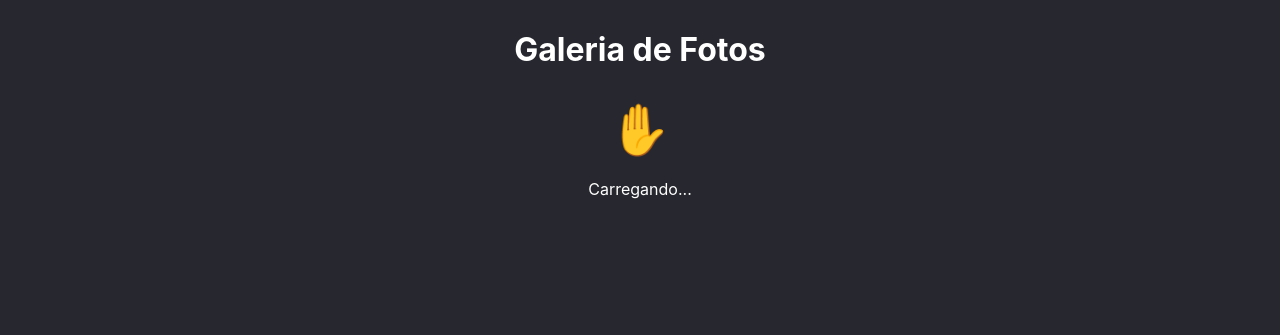
Repository: coderlucianasena/photo-gallery
Page: /
The author's editor kept a copy of each file at every save. The page is drawn from the files as they stood at one save, then again after the next save.
The browser window is 1280 px wide. The pictures show the whole page.
The page's requests for data from a server got no answer. The project was rebuilt for these pictures with package versions that can differ from the ones it lists, and the page was loaded fresh each time. No one was signed in, and anything a server would have sent is missing.

Above is the page before, as saved 2023-02-26 15:18:25.

### src/App.tsx
import { useState, useEffect } from 'react';
import * as C from './App.styles';
import * as Photos from './services/photos';
import { Photo } from './types/Photo';

const App = () => {
  const [loading, setLoading] = useState(false);
  const [photos, setPhotos] = useState<Photo[]>([]);

  useEffect(()=>{
    const getPhotos = async () => {
      setLoading(true);
      setPhotos(await Photos.getAll());
      setLoading(false);
    }
    getPhotos();
  }, []);

  return (
    <C.Container>
      <C.Area>
        <C.Header>Galeria de Fotos</C.Header>

        {/* Área de Upload */}

        {loading &&
          <C.ScreenWarning>
            <div className="emoji">✋</div>
            <div>Carregando...</div>
          </C.ScreenWarning>
        }
      {!loading && photos.length > 0 &&
        <C.PhotoList>
          {photos.map((item, index)=>(
            <div>{item.name}</div>
          ))}
        </C.PhotoList>
      }
      </C.Area>
    </C.Container>
  );
}

export default App;

### src/App.styles.ts
import styled from "styled-components";

export const Container = styled.div`
    background-color: #27282F;
    color: #FFF;
    min-height: 100vh;
    `;

export const Area = styled.div`
    margin: auto;
    max-width: 980px;
    padding: 30px 0;
`;

export const Header = styled.h1`
    margin: 0;
    padding: 0;
    text-align: center;
    margin-bottom: 30px;
`;

export const ScreenWarning = styled.div`
    text-align: center;

    .emoji {
        font-size: 50px;
        margin-bottom: 20px;
    }
`;

export const PhotoList = styled.div`
    display: grid;
    grid-template-columns: repeat(4, 1fr);
    gap: 10px;
`;

### src/services/photos.ts
import { Photo } from '../types/Photo';
import { storage } from '../libs/firebase';
import { ref, listAll, getDownloadURL } from 'firebase/storage';

export const getAll = async () => {
    let list: Photo[] = [];

    const imagesFolder = ref(storage, "images");
    const photoList = await listAll(imagesFolder);

    for (let i in photoList.items) {
        let photoUrl = await getDownloadURL(photoList.items[i]);

        list.push({
            name: photoList.items[i].name,
            url: photoUrl,
        });
    }
    return list;
}

### src/libs/firebase.ts
import { initializeApp } from 'firebase/app';
import { getStorage } from 'firebase/storage';

const firebaseConfig = {
    apiKey: process.env.REACT_APP_FIREBASE_APIKEY,
    authDomain: process.env.REACT_APP_FIREBASE_AUTHDOMAIN,
    projectId: process.env.REACT_APP_FIREBASE_PROJECTID,
    storageBucket: process.env.REACT_APP_FIREBASE_STORAGEBUCKET,
    messagingSenderId: process.env.REACT_APP_FIREBASE_MESSEAGINGSENDERID,
    appId: process.env.REACT_APP_FIREBASE_APPID,
    measurementId:process.env.REACT_APP_FIREBASE_MEASUREMENTID
};

const firebaseApp = initializeApp(firebaseConfig);

export const storage = getStorage(firebaseApp);

Loaded but not shown: public/index.html (common file); src/index.tsx (common file); src/index.css (common file); src/reportWebVitals.ts (common file)

After the next save:
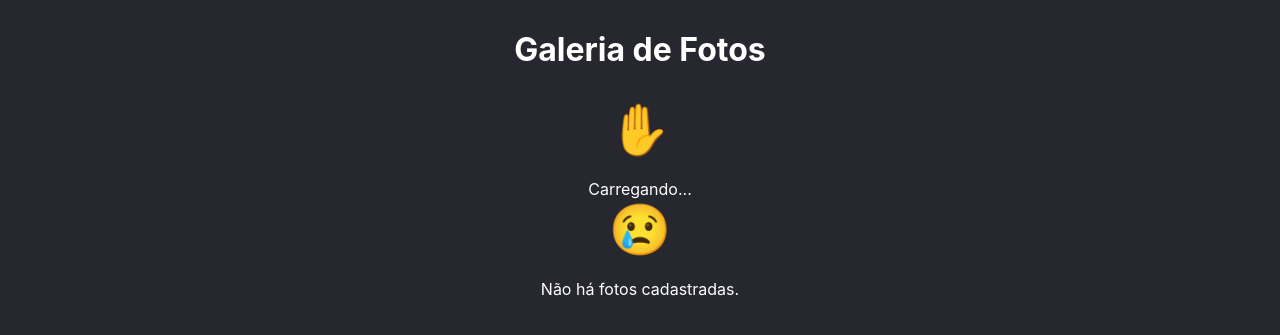
Saved 9 min 43 s later.
--- a/src/App.tsx
+++ b/src/App.tsx
@@ -7,7 +7,7 @@
   const [loading, setLoading] = useState(false);
   const [photos, setPhotos] = useState<Photo[]>([]);
 
-  useEffect(()=>{
+  useEffect(() => {
     const getPhotos = async () => {
       setLoading(true);
       setPhotos(await Photos.getAll());
@@ -29,13 +29,21 @@
             <div>Carregando...</div>
           </C.ScreenWarning>
         }
-      {!loading && photos.length > 0 &&
-        <C.PhotoList>
-          {photos.map((item, index)=>(
-            <div>{item.name}</div>
-          ))}
-        </C.PhotoList>
-      }
+
+        {!loading && photos.length > 0 &&
+          <C.PhotoList>
+            {photos.map((item, index) => (
+              <div>{item.name}</div>
+            ))}
+          </C.PhotoList>
+        }
+
+        {loading &&
+          <C.ScreenWarning>
+            <div className="emoji">😢</div>
+            <div>Não há fotos cadastradas.</div>
+          </C.ScreenWarning>
+        }
       </C.Area>
     </C.Container>
   );

After the 2 saves that followed:
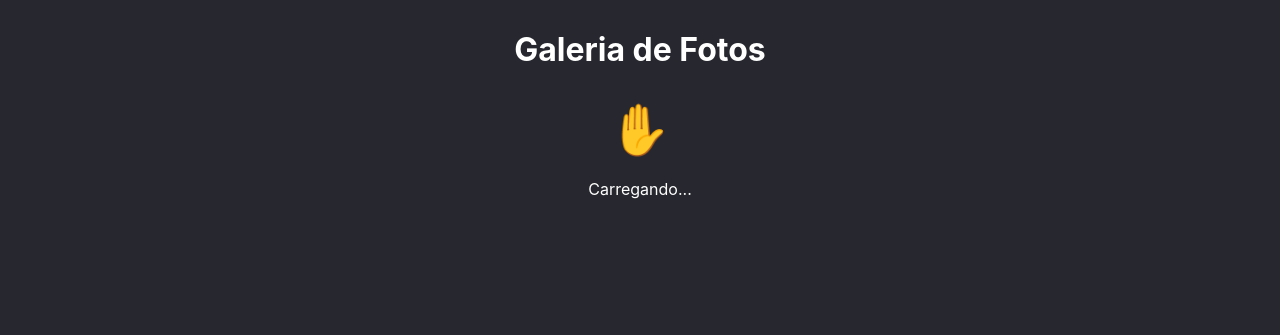
The 2 saves are shown as one change because 1 left the picture as it was.
The last was saved 82 s later.
--- a/src/App.tsx
+++ b/src/App.tsx
@@ -38,7 +38,7 @@
           </C.PhotoList>
         }
 
-        {loading &&
+        {!loading && photos.length === 0 &&
           <C.ScreenWarning>
             <div className="emoji">😢</div>
             <div>Não há fotos cadastradas.</div>
